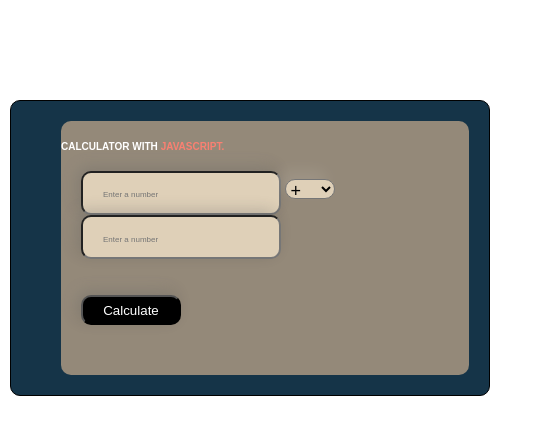
Repository: isaacCodes1/Calculator-with-js
Page: index2.html
An editor plug-in stored every save of this project. The page is shown before and after a run of saves, followed by the edit.
The browser window is 375 px wide. The page is 490 px wide, then 540 px, so the pictures cover 540 px, including what lies to the right of the window. The pictures show the whole page.
Some web fonts or font styles are not loaded; a fallback is used.

Above is the page before, as saved 2024-04-22 15:24:53.

After the next 2 saves:
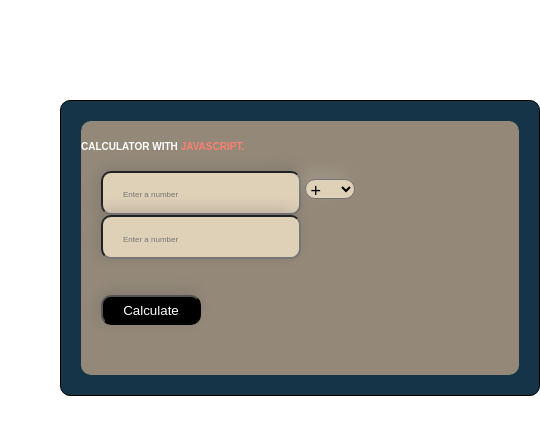
The 2 saves are shown as one change because they came seconds apart.
The last was saved 11 s later.
--- a/mediaquery.css
+++ b/mediaquery.css
@@ -7,7 +7,7 @@
     width: 480px;
     left: 10px;
     padding: 20px;
-    padding-left:50px ;
+    margin-left:50px ;
   }
   .num1::placeholder {
     font-size: 8px;
